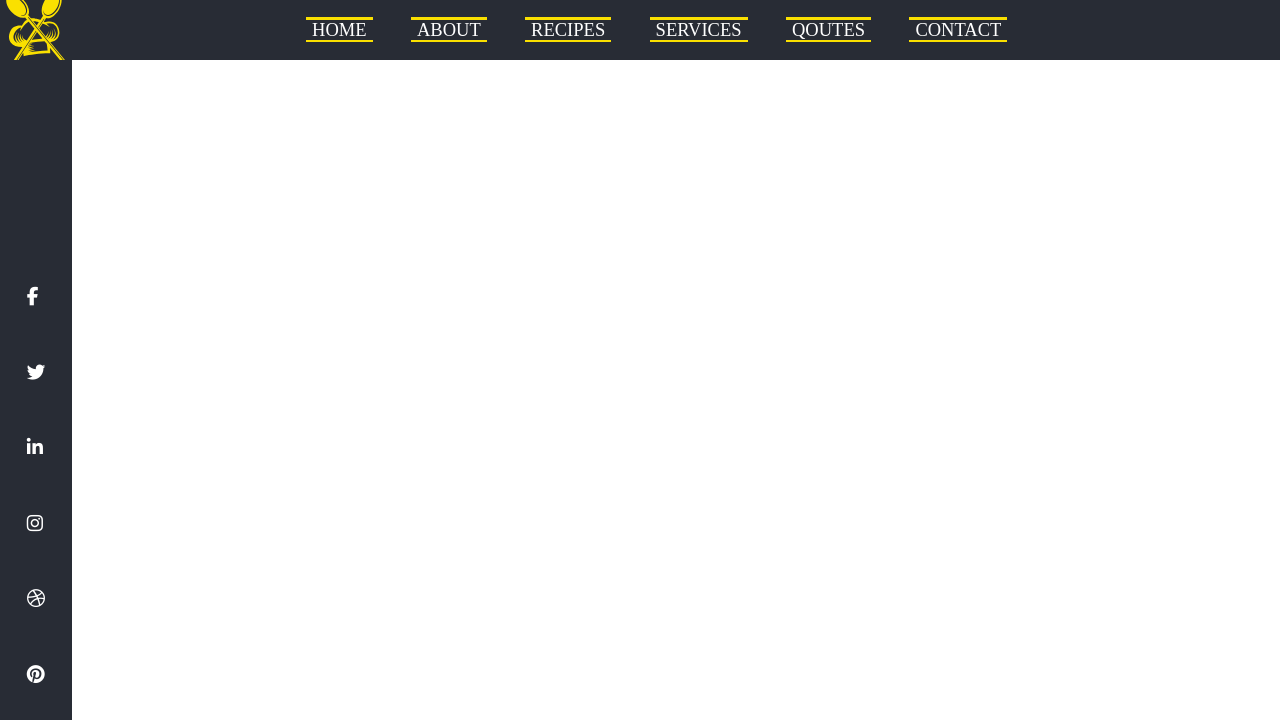
Repository: Esraa22M/Gordon-Ramsay-Biography
Page: index.html
An editor plug-in stored every save of this project. The page is shown before and after the next save, followed by the edit.
The browser window is 1280 px wide. The pictures show the whole page.
Some web fonts or font styles are not loaded; a fallback is used. Some web libraries are served in a nearby version.

Above is the page before, as saved 2022-12-10 21:06:54.

After the next save:
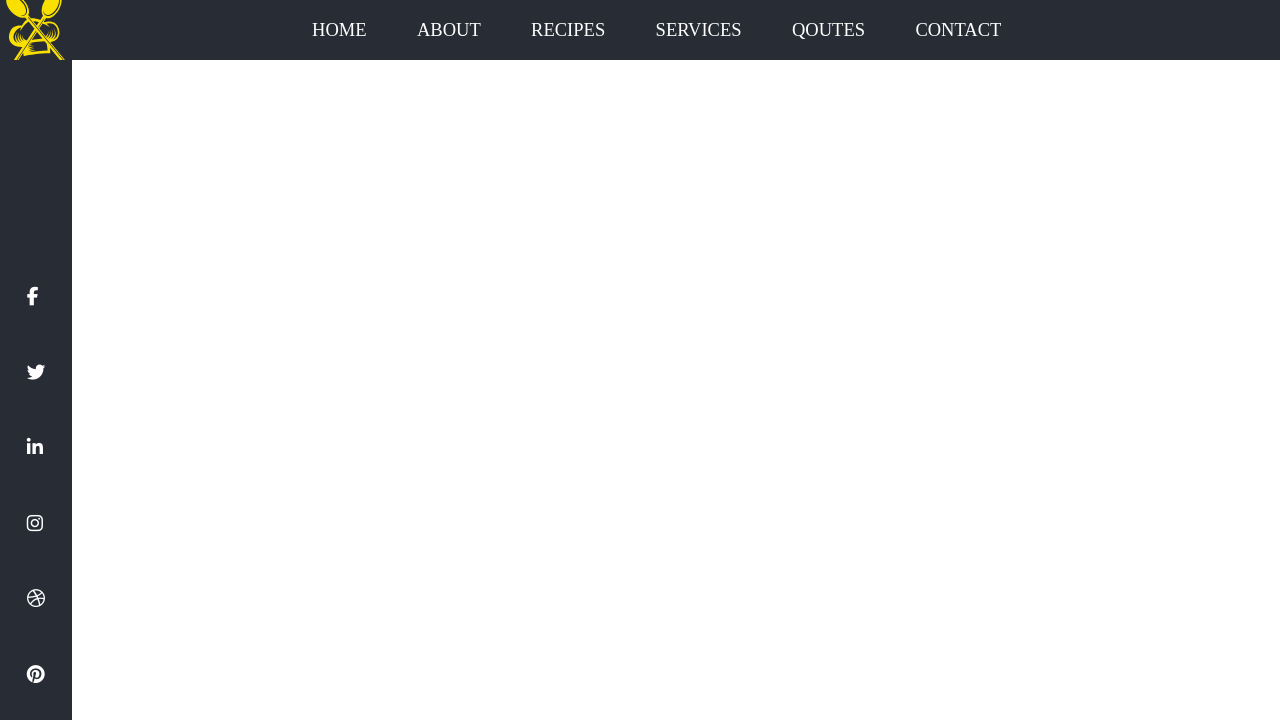
Saved 2 min 45 s later.
--- a/style.css
+++ b/style.css
@@ -115,6 +115,7 @@
   width: 100%;
   height: 0.25rem;
   background-color: var(--clr-primary);
+  transform: scaleX(0);
 }
 .header__primary-nav--nav-link:link::before,
 .header__primary-nav--nav-link:visited::before{
@@ -124,3 +125,9 @@
 .header__primary-nav--nav-link:visited::after{
   bottom: 0;
 }
+.header__primary-nav--nav-link:hover::before,
+.header__primary-nav--nav-link:active::before,
+.header__primary-nav--nav-link:hover::after,
+.header__primary-nav--nav-link:active::after {
+  transform: scaleX(1);
+}
